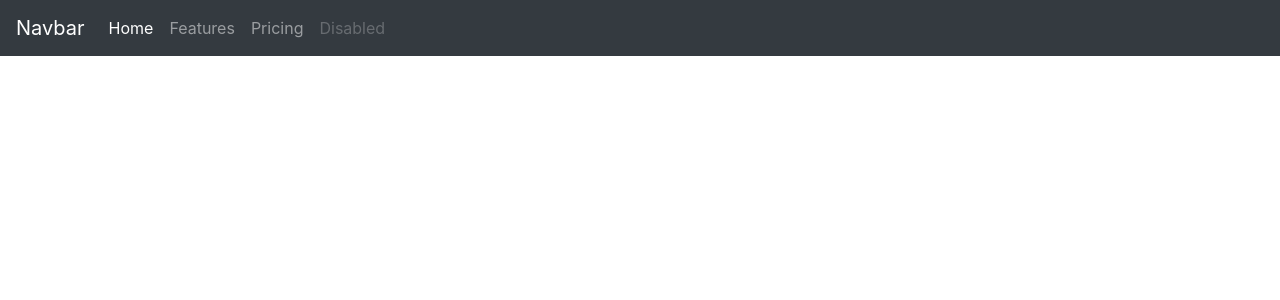
Repository: Abdaljawad-Aya/interview-task
Page: /edit/3 (app in javascriptArray/test/)
The author's editor kept a copy of each file at every save. The page is drawn from the files as they stood at one save, then again after the next save.
The browser window is 1280 px wide. The pictures show the whole page.
Some web libraries are served in a nearby version. The project was rebuilt for these pictures with package versions that can differ from the ones it lists, and the page was loaded fresh each time. Also part of the build but not shown: javascriptArray/test/src/compnents/Home.js, javascriptArray/test/src/compnents/EditUser.js. Imported but missing from the stored project, and not drawn on this page: javascriptArray/test/src/compnents/Heading, javascriptArray/test/src/compnents/UserList, javascriptArray/test/src/context/GlobalState.

Above is the page before, as saved 2021-03-10 15:40:07.

### javascriptArray/test/public/index.html
<!DOCTYPE html>
<html lang="en">
  <head>
    <meta charset="utf-8" />
    <link rel="icon" href="%PUBLIC_URL%/favicon.ico" />
    <meta name="viewport" content="width=device-width, initial-scale=1" />
    <meta name="theme-color" content="#000000" />
    <meta
      name="description"
      content="Web site created using create-react-app"
    />
    <link rel="apple-touch-icon" href="%PUBLIC_URL%/logo192.png" />
    <!--
      manifest.json provides metadata used when your web app is installed on a
      user's mobile device or desktop. See https://developers.google.com/web/fundamentals/web-app-manifest/
    -->
    <link rel="manifest" href="%PUBLIC_URL%/manifest.json" />
    <!--
      Notice the use of %PUBLIC_URL% in the tags above.
      It will be replaced with the URL of the `public` folder during the build.
      Only files inside the `public` folder can be referenced from the HTML.

      Unlike "/favicon.ico" or "favicon.ico", "%PUBLIC_URL%/favicon.ico" will
      work correctly both with client-side routing and a non-root public URL.
      Learn how to configure a non-root public URL by running `npm run build`.
    -->

   <link rel="stylesheet" href="https://maxcdn.bootstrapcdn.com/bootstrap/4.0.0/css/bootstrap.min.css" integrity="sha384-Gn5384xqQ1aoWXA+058RXPxPg6fy4IWvTNh0E263XmFcJlSAwiGgFAW/dAiS6JXm" crossorigin="anonymous">
    <title>React App</title>
  </head>
  <body>
    <noscript>You need to enable JavaScript to run this app.</noscript>
    <div id="root"></div>
    <!--
      This HTML file is a template.
      If you open it directly in the browser, you will see an empty page.

      You can add webfonts, meta tags, or analytics to this file.
      The build step will place the bundled scripts into the <body> tag.

      To begin the development, run `npm start` or `yarn start`.
      To create a production bundle, use `npm run build` or `yarn build`.
    -->
      <script src="https://code.jquery.com/jquery-3.2.1.slim.min.js" integrity="sha384-KJ3o2DKtIkvYIK3UENzmM7KCkRr/rE9/Qpg6aAZGJwFDMVNA/GpGFF93hXpG5KkN" crossorigin="anonymous"></script>
    <script src="https://cdnjs.cloudflare.com/ajax/libs/popper.js/1.12.9/umd/popper.min.js" integrity="sha384-ApNbgh9B+Y1QKtv3Rn7W3mgPxhU9K/ScQsAP7hUibX39j7fakFPskvXusvfa0b4Q" crossorigin="anonymous"></script>
    <script src="https://maxcdn.bootstrapcdn.com/bootstrap/4.0.0/js/bootstrap.min.js" integrity="sha384-JZR6Spejh4U02d8jOt6vLEHfe/JQGiRRSQQxSfFWpi1MquVdAyjUar5+76PVCmYl" crossorigin="anonymous"></script>
  </body>
</html>

### javascriptArray/test/src/index.js
import React from 'react'
import ReactDOM from 'react-dom'
import App from './App'
// import { BrowserRouter as Router } from 'react-router-dom'

ReactDOM.render(
  <React.StrictMode>
    {/* <Router> */}
    <App />
    {/* </Router> */}
  </React.StrictMode>,
  document.getElementById('root'),
)

### javascriptArray/test/src/App.js
import React from 'react'
import 'bootstrap/dist/css/bootstrap.css'
import { BrowserRouter as Router, Switch, Route } from 'react-router-dom'
import { Home } from './compnents/Home'
import { AddUser } from './compnents/AddUser'
import { EditUser } from './compnents/EditUser'
function App() {
  return (
    <div className="App">
      <Router>
        <Switch>
          <nav class="navbar navbar-expand-lg navbar-dark bg-dark">
            <a class="navbar-brand" href="#">
              Navbar
            </a>
            <button
              class="navbar-toggler"
              type="button"
              data-toggle="collapse"
              data-target="#navbarNavAltMarkup"
              aria-controls="navbarNavAltMarkup"
              aria-expanded="false"
              aria-label="Toggle navigation"
            >
              <span class="navbar-toggler-icon"></span>
            </button>
            <div class="collapse navbar-collapse" id="navbarNavAltMarkup">
              <div class="navbar-nav">
                <a class="nav-item nav-link active" href="#">
                  Home <span class="sr-only">(current)</span>
                </a>
                <a class="nav-item nav-link" href="#">
                  Features
                </a>
                <a class="nav-item nav-link" href="#">
                  Pricing
                </a>
                <a class="nav-item nav-link disabled" href="#">
                  Disabled
                </a>
              </div>
            </div>
          </nav>
        </Switch>
      </Router>
    </div>
  )
}

export default App

### javascriptArray/test/src/compnents/AddUser.js
import React from 'react'

export const AddUser = () => {
  return (
    <div>
      <h1>Add</h1>
    </div>
  )
}

After the next save:
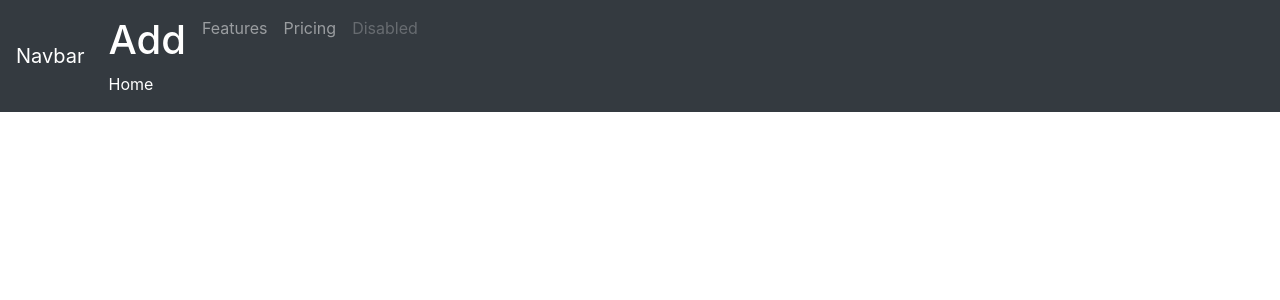
Saved 39 s later.
--- a/javascriptArray/test/src/App.js
+++ b/javascriptArray/test/src/App.js
@@ -27,6 +27,7 @@ function App() {
             <div class="collapse navbar-collapse" id="navbarNavAltMarkup">
               <div class="navbar-nav">
                 <a class="nav-item nav-link active" href="#">
+                  <Route path="/" component={AddUser} />
                   Home <span class="sr-only">(current)</span>
                 </a>
                 <a class="nav-item nav-link" href="#">
